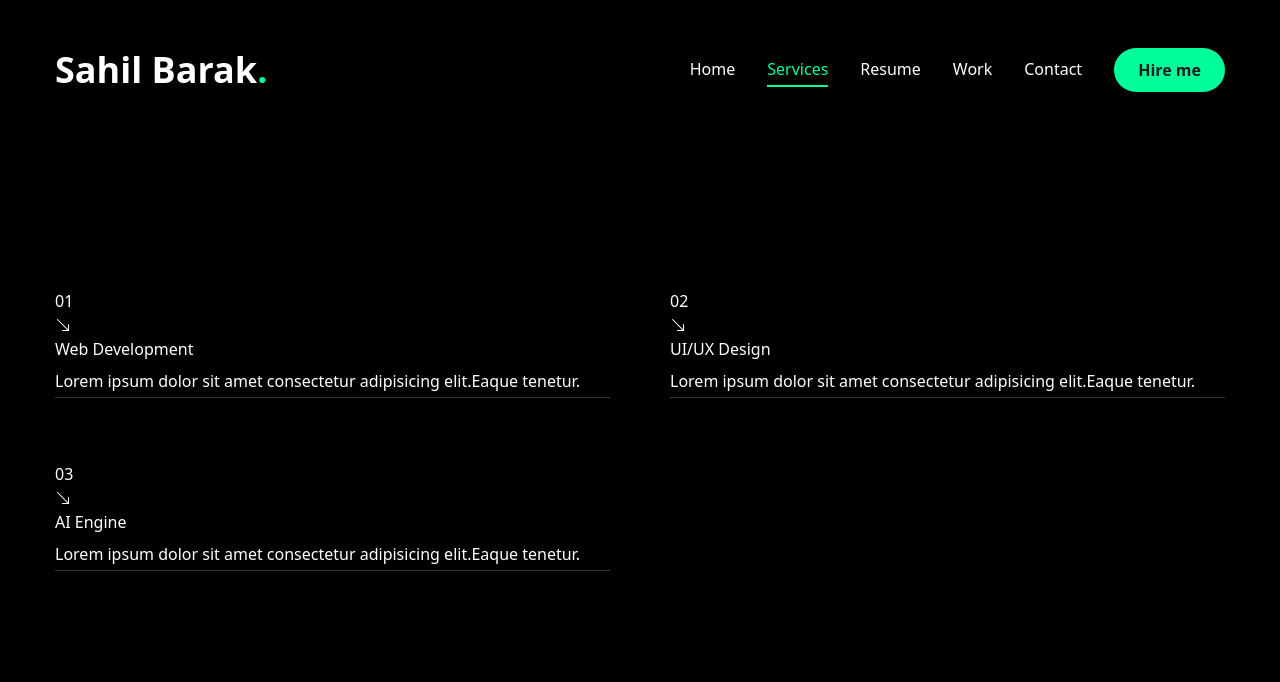
Repository: Moxsahil/My_portfolio
Page: /services (app in sahil-portfolio/)
An editor plug-in stored every save of this project. The page is shown before and after the next save, followed by the edit.
The browser window is 1280 px wide. The pictures show the whole page.
The project was rebuilt for these pictures with package versions that can differ from the ones it lists, and the page was loaded fresh each time. The framework's server and built-in components were replaced by stand-ins that run in the browser. Also part of the build but not shown: sahil-portfolio/next.config.mjs.

Above is the page before, as saved 2024-10-04 13:04:13.

After the next save:
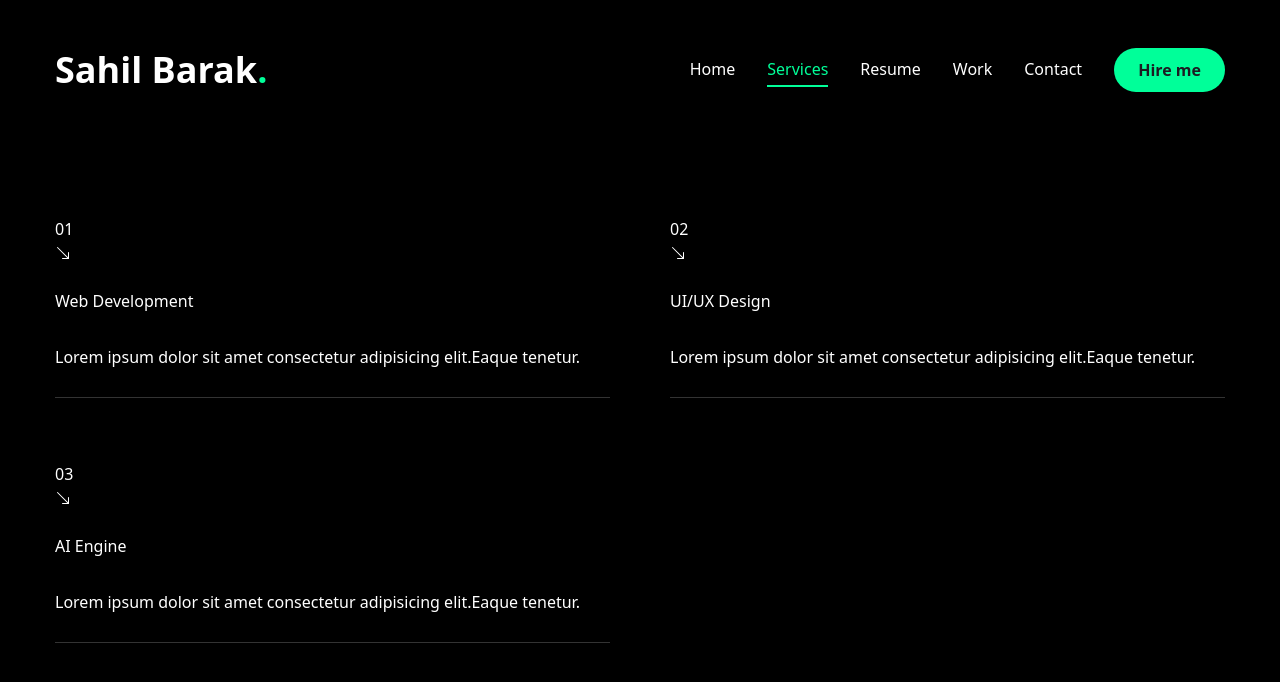
Saved 13 min 20 s later.
--- a/sahil-portfolio/app/services/page.jsx
+++ b/sahil-portfolio/app/services/page.jsx
@@ -36,7 +36,10 @@
       >
        {services.map((service, index) => {
         return (
-        <div key={index}>
+        <div
+        key={index}
+        className="flex-1 flex flex-col justify-center gap-6 group"
+        >
           {/* top */}
           <div>
             <div>{service.num}</div>
